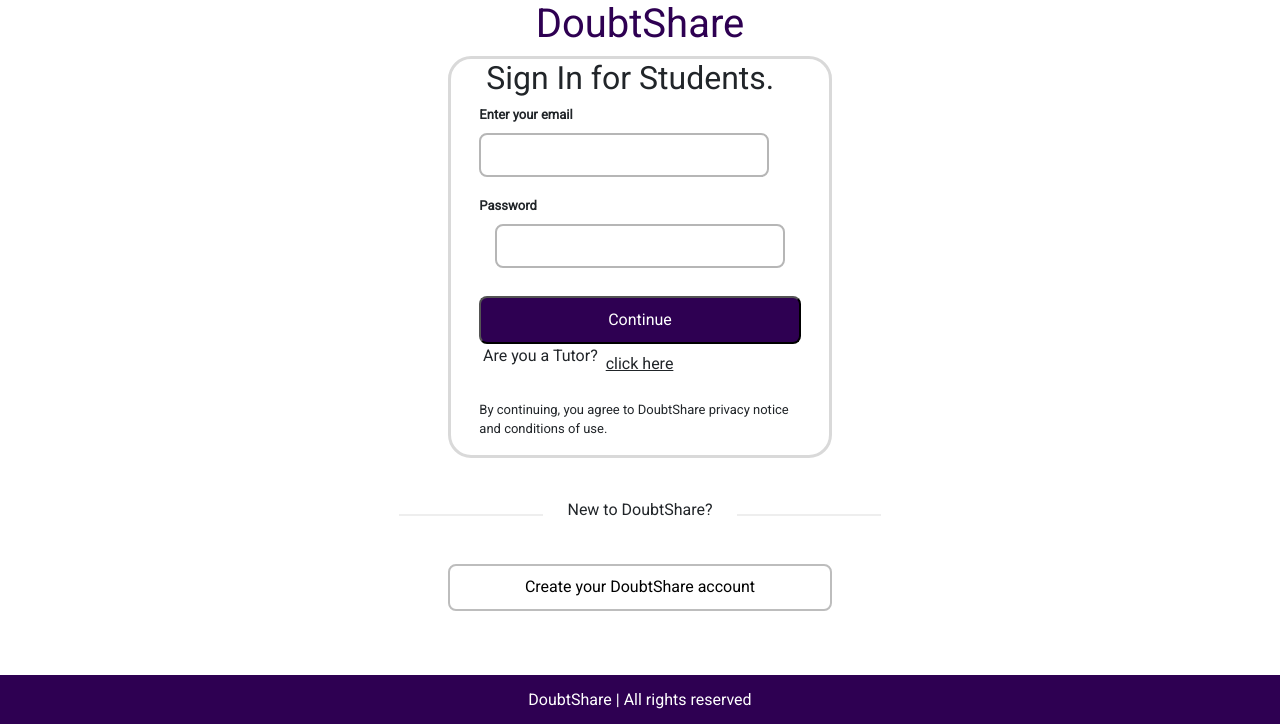
Repository: drumsmanku/doubtshare
Page: /login/student (app in frontend/)
An editor plug-in stored every save of this project. The page is shown before and after the next save, followed by the edit.
The browser window is 1280 px wide. The pictures show the whole page.
The project was rebuilt for these pictures with package versions that can differ from the ones it lists, and the page was loaded fresh each time. Also part of the build but not shown: frontend/src/App.css, frontend/src/Components/Register/Register.js, frontend/src/Components/Dashboard/Sidebar.js, frontend/src/Components/Dashboard/Profile.js, frontend/src/Components/CreateDoubtForm/CreateDoubtForm.js, frontend/src/Components/Dashboard/Dashboard.js, frontend/src/Components/LoginTutor/LoginTutor.js, frontend/src/Components/RegisterTutor/RegisterTutor.js and 1 more.

Above is the page before, as saved 2023-12-30 20:53:32.

After the next save:
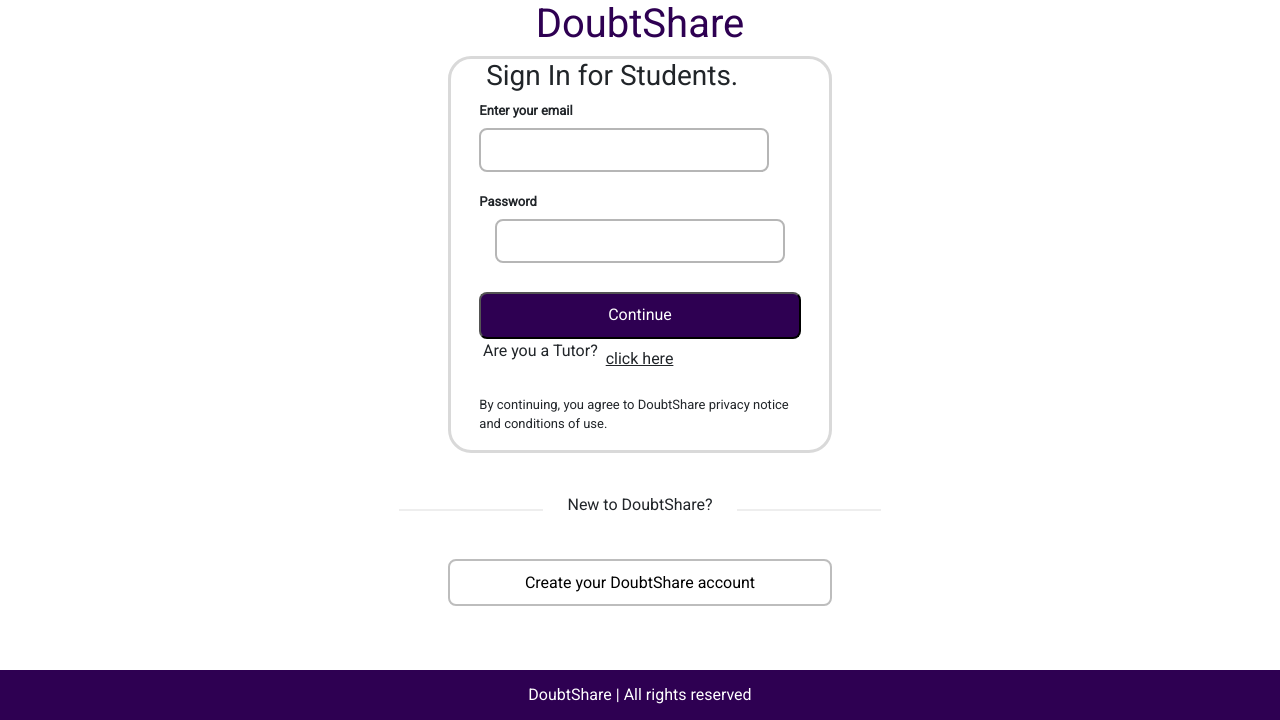
Saved 12 s later.
--- a/frontend/src/Components/Login/Login.js
+++ b/frontend/src/Components/Login/Login.js
@@ -60,7 +60,7 @@ function Login() {
         <form className={styles.form}>
 
           <div className={styles.inputContainer}>
-            <h2 className={styles.signInText}>Sign In for Students.</h2>
+            <h3 className={styles.signInText}>Sign In for Students.</h3>
 
 
             <div style={DivStyles}>
